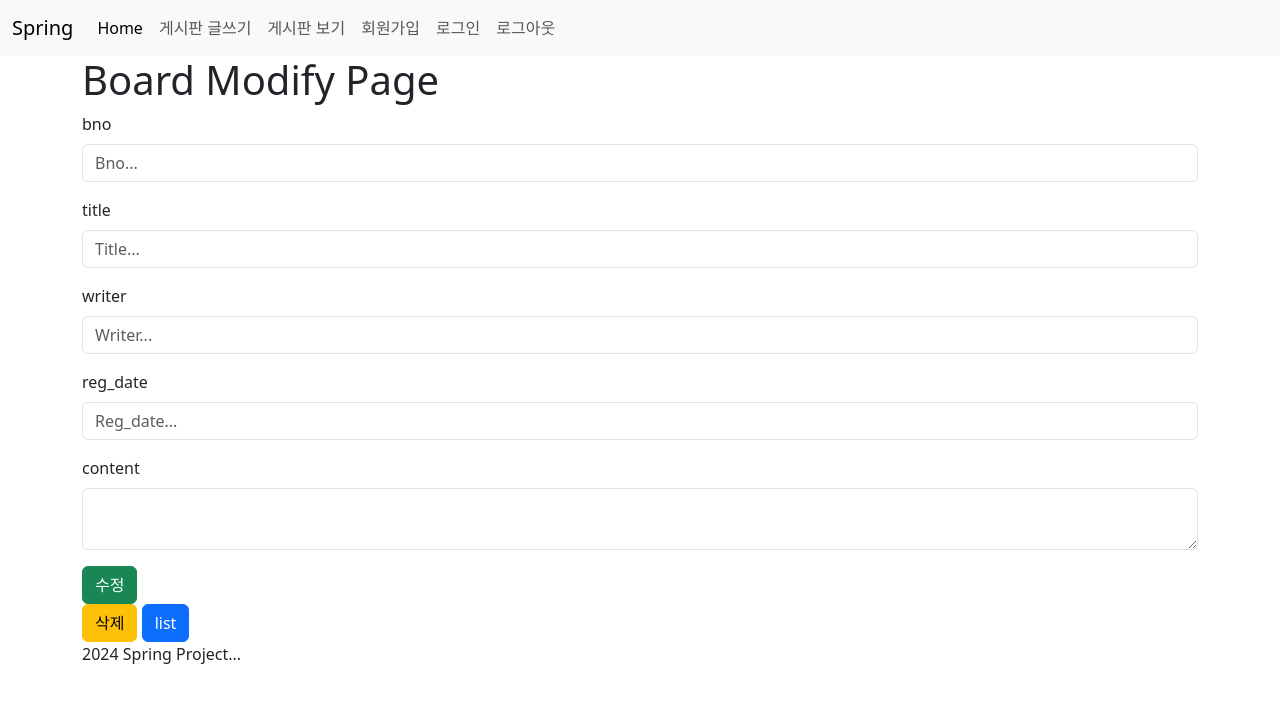
Repository: wanted2001/jsp_project
Page: http://localhost/spring_study/WEB-INF/views/board/modify.jsp
An editor plug-in stored every save of this project. The page is shown before and after the next save, followed by the edit.
The browser window is 1280 px wide. The pictures show the whole page.
The page is served by Tomcat 9. Nobody is signed in. Other server files are loaded and not shown. The template is opened directly, without the code that normally fills it, so the values that code supplies are empty.

Above is the page before, as saved 2024-04-24 06:37:36.

### spring_study/src/main/webapp/WEB-INF/views/board/modify.jsp
<%@ page language="java" contentType="text/html; charset=UTF-8"
    pageEncoding="UTF-8"%>
<jsp:include page="../layout/header.jsp" />
<div class="container-md">
		<h1>Board Modify Page</h1>
		<form action="/board/modify" method="post">
		<div class="mb-3">
	  		<label for="n" class="form-label">bno</label>
	  		<input type="text" class="form-control" name="bno" id="n"  value="${bvo.bno }" placeholder="Bno..."  readonly="readonly">
		</div>
		<div class="mb-3">
	  		<label for="t" class="form-label">title</label>
	  		<input type="text" class="form-control" name="title"  id="t"    value= "${bvo.title }"  placeholder="Title...">
		</div>
		<div class="mb-3">
	  		<label for="w" class="form-label">writer</label>
	  		<input type="text" class="form-control" name="writer" id="w"   value="${bvo.writer }" placeholder="Writer..."  readonly="readonly">
		</div>
		<div class="mb-3">
	  		<label for="r" class="form-label">reg_date</label>
	  		<input type="text" class="form-control" name="writer" id="r"   value="${bvo.reg_date }" placeholder="Reg_date..."  readonly="readonly">
		</div>
		<div class="mb-3">
  			<label for="c" class="form-label">content</label>
  			<textarea class="form-control" id="c" name="content"  aria-label="With textarea"  >${bvo.content }</textarea>
		</div>
		<button type="submit" class="btn btn-success">수정</button>
		</form>
		<a href="/board/remove?${detail.bno}"><button type="button" class="btn btn-warning">삭제</button></a>
		<a href="/board/list"><button type="button" class="btn btn-primary">list</button></a>
</div>
<jsp:include page="../layout/footer.jsp" />

### spring_study/src/main/webapp/WEB-INF/views/layout/header.jsp
<%@ page language="java" contentType="text/html; charset=UTF-8"
    pageEncoding="UTF-8"%>
<!DOCTYPE html>
<html>
<head>
<meta charset="UTF-8">
<title>header.jsp</title>
<link href="https://cdn.jsdelivr.net/npm/bootstrap@5.3.3/dist/css/bootstrap.min.css" rel="stylesheet" integrity="sha384-QWTKZyjpPEjISv5WaRU9OFeRpok6YctnYmDr5pNlyT2bRjXh0JMhjY6hW+ALEwIH" crossorigin="anonymous">
<script src="https://cdn.jsdelivr.net/npm/bootstrap@5.3.3/dist/js/bootstrap.bundle.min.js" integrity="sha384-YvpcrYf0tY3lHB60NNkmXc5s9fDVZLESaAA55NDzOxhy9GkcIdslK1eN7N6jIeHz" crossorigin="anonymous"></script>
</head>
<body>
<nav class="navbar navbar-expand-lg bg-body-tertiary">
  <div class="container-fluid">
    <a class="navbar-brand" href="#">Spring</a>
    <button class="navbar-toggler" type="button" data-bs-toggle="collapse" data-bs-target="#navbarSupportedContent" aria-controls="navbarSupportedContent" aria-expanded="false" aria-label="Toggle navigation">
      <span class="navbar-toggler-icon"></span>
    </button>
    <div class="collapse navbar-collapse" id="navbarSupportedContent">
      <ul class="navbar-nav me-auto mb-2 mb-lg-0">
        <li class="nav-item">
          <a class="nav-link active" aria-current="page" href="/">Home</a>
        </li>
        <li class="nav-item">
          <a class="nav-link" href="/board/register">게시판 글쓰기</a>
        </li>
        <li class="nav-item">
          <a class="nav-link" href="/board/list">게시판 보기</a>
        </li>
        <li class="nav-item">
          <a class="nav-link" href="#">회원가입</a>
        </li>
        <li class="nav-item">
          <a class="nav-link" href="#">로그인</a>
        </li>
        <li class="nav-item">
          <a class="nav-link" href="#">로그아웃</a>
        </li>
  	  </ul>
    </div>
  </div>
</nav>

### spring_study/src/main/webapp/WEB-INF/views/layout/footer.jsp
<%@ page language="java" contentType="text/html; charset=UTF-8"
    pageEncoding="UTF-8"%>
<div class="container-md">
	2024 Spring Project...
</div>

</body>
</html>

After the next save:
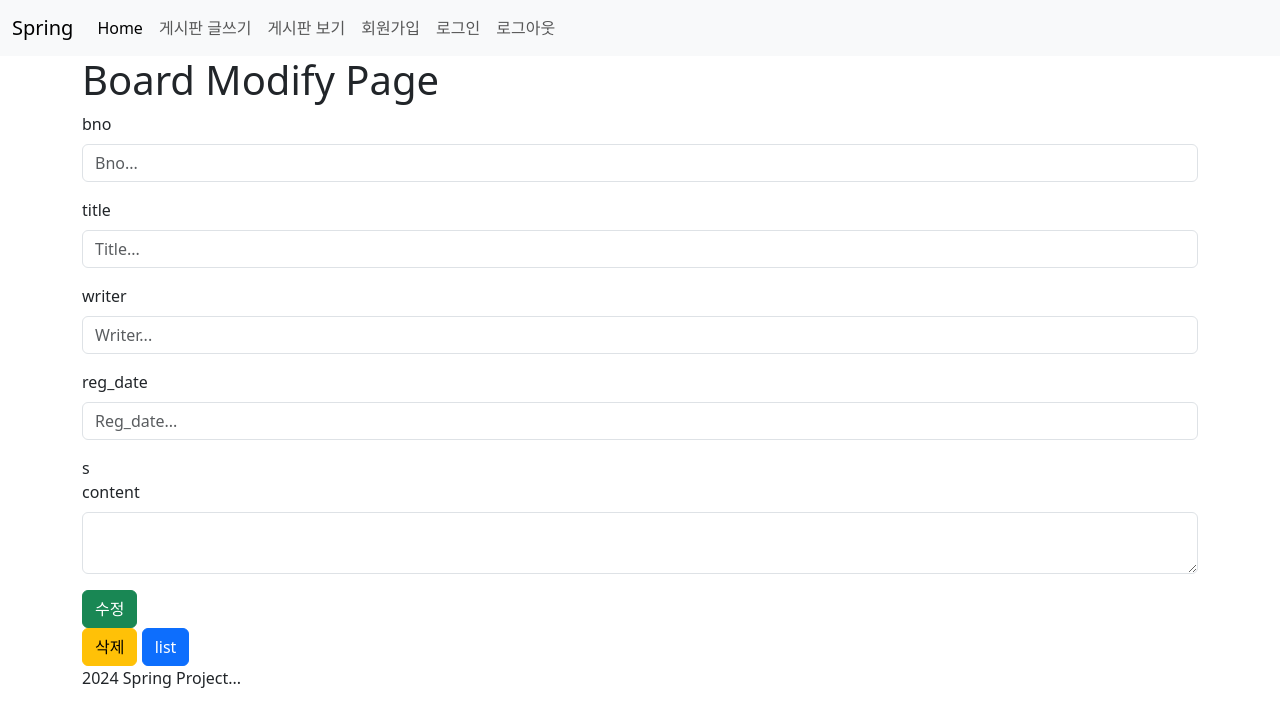
Saved 71 s later.
--- a/spring_study/src/main/webapp/WEB-INF/views/board/modify.jsp
+++ b/spring_study/src/main/webapp/WEB-INF/views/board/modify.jsp
@@ -19,7 +19,7 @@
 		<div class="mb-3">
 	  		<label for="r" class="form-label">reg_date</label>
 	  		<input type="text" class="form-control" name="writer" id="r"   value="${bvo.reg_date }" placeholder="Reg_date..."  readonly="readonly">
-		</div>
+		</div>s
 		<div class="mb-3">
   			<label for="c" class="form-label">content</label>
   			<textarea class="form-control" id="c" name="content"  aria-label="With textarea"  >${bvo.content }</textarea>

After the save that followed:
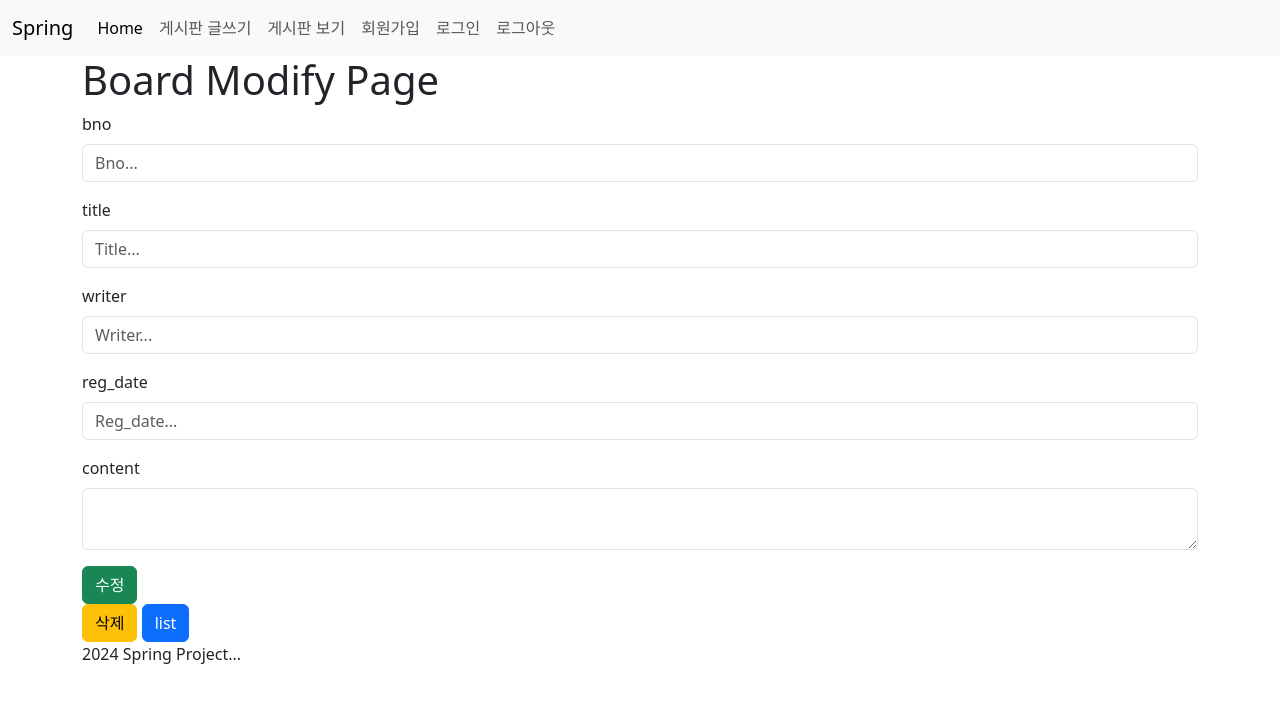
Saved 2 min 32 s later.
--- a/spring_study/src/main/webapp/WEB-INF/views/board/modify.jsp
+++ b/spring_study/src/main/webapp/WEB-INF/views/board/modify.jsp
@@ -19,7 +19,7 @@
 		<div class="mb-3">
 	  		<label for="r" class="form-label">reg_date</label>
 	  		<input type="text" class="form-control" name="writer" id="r"   value="${bvo.reg_date }" placeholder="Reg_date..."  readonly="readonly">
-		</div>s
+		</div>
 		<div class="mb-3">
   			<label for="c" class="form-label">content</label>
   			<textarea class="form-control" id="c" name="content"  aria-label="With textarea"  >${bvo.content }</textarea>
